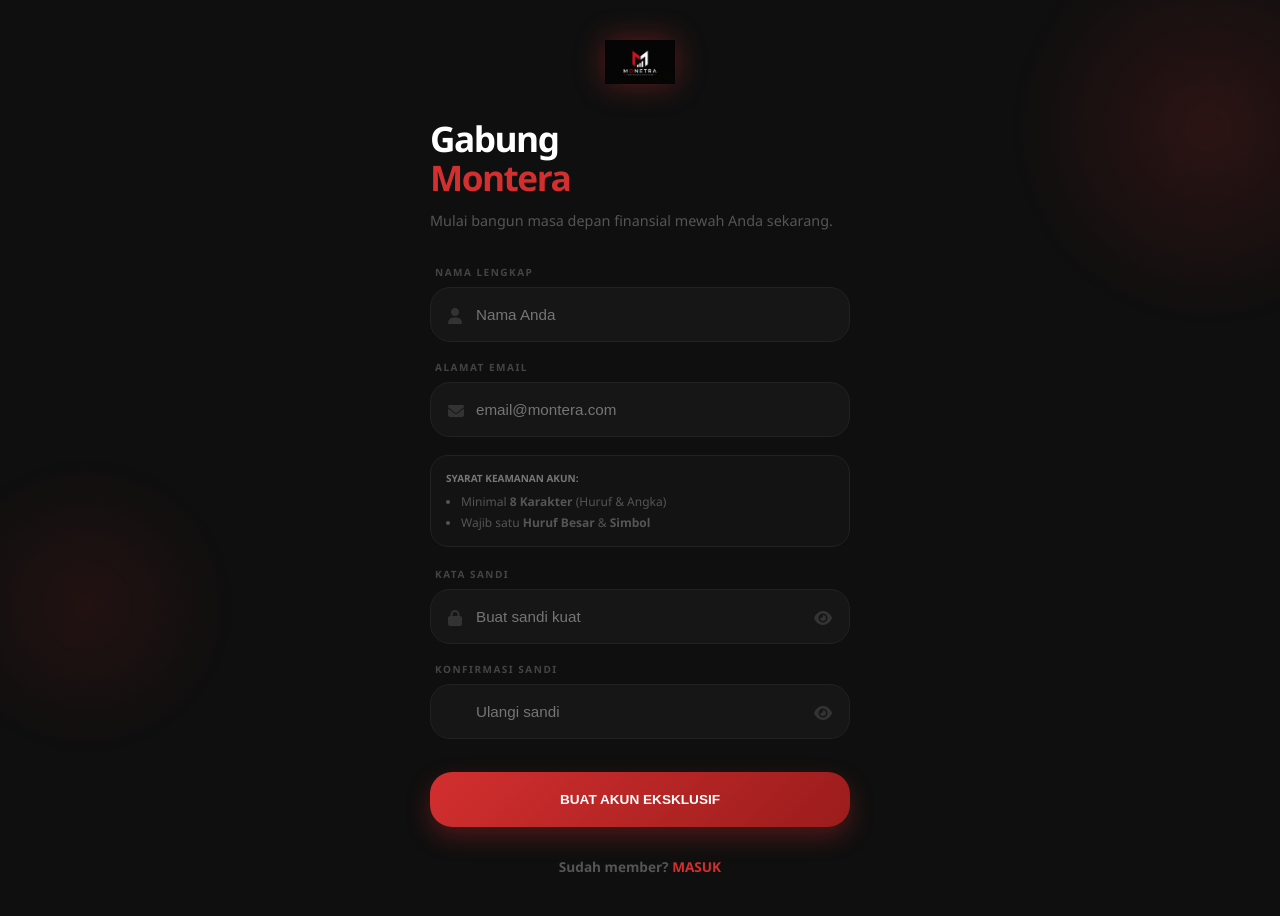
Repository: Tenno1208/montera-app
Page: http://localhost/register
The author's editor kept a copy of each file at every save. The page is drawn from the files as they stood at one save, then again after the next save.
The browser window is 1280 px wide. The pictures show the whole page.
The page is served by the project's Laravel application, run on PHP 8.4 with Laravel 12.

Above is the page before, as saved 2026-04-23 20:23:45.

After the next save:
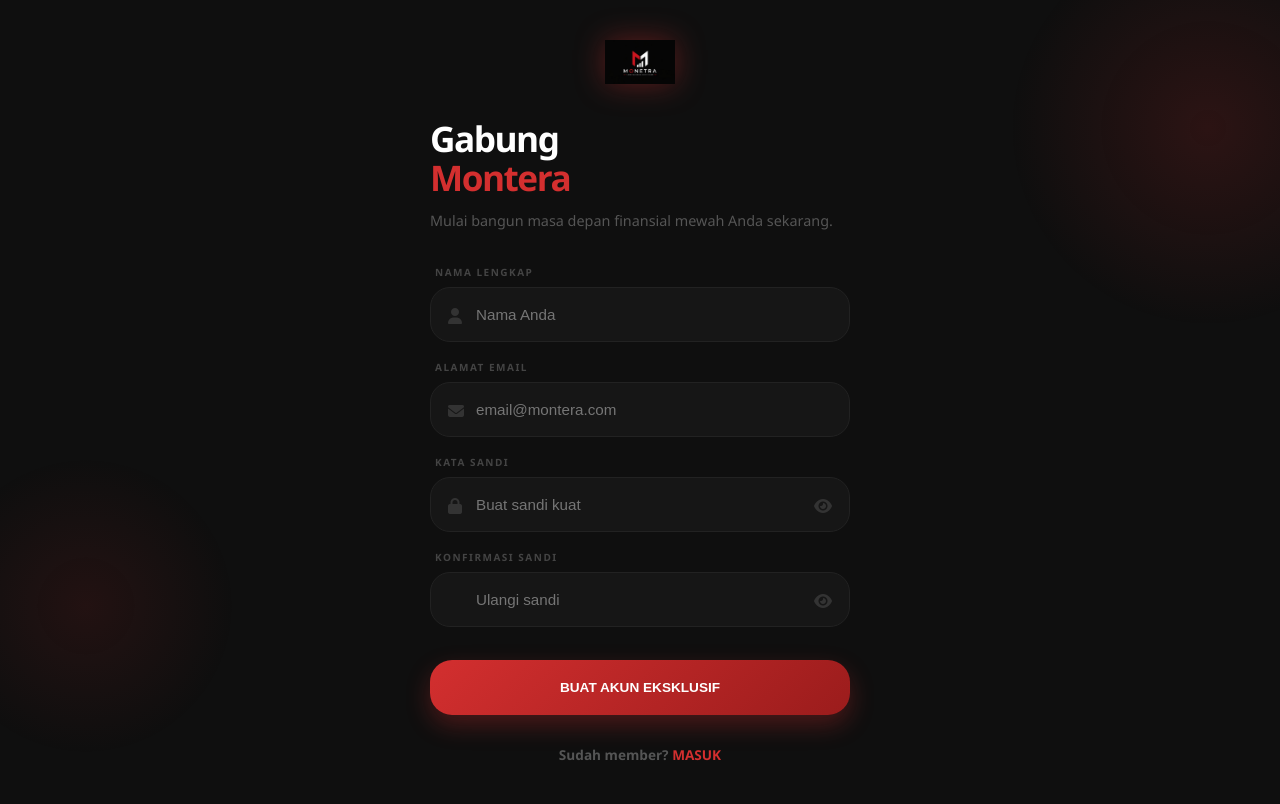
Saved 29 s later.
--- a/resources/views/auth/register.blade.php
+++ b/resources/views/auth/register.blade.php
@@ -100,14 +100,6 @@
                 </div>
             </div>
 
-            <div class="criteria-box">
-                <p>Syarat Keamanan Akun:</p>
-                <ul class="criteria-list">
-                    <li>Minimal <strong>8 Karakter</strong> (Huruf & Angka)</li>
-                    <li>Wajib satu <strong>Huruf Besar</strong> & <strong>Simbol</strong></li>
-                </ul>
-            </div>
-
             <div class="input-group">
                 <label>Kata Sandi</label>
                 <div class="password-wrapper">
